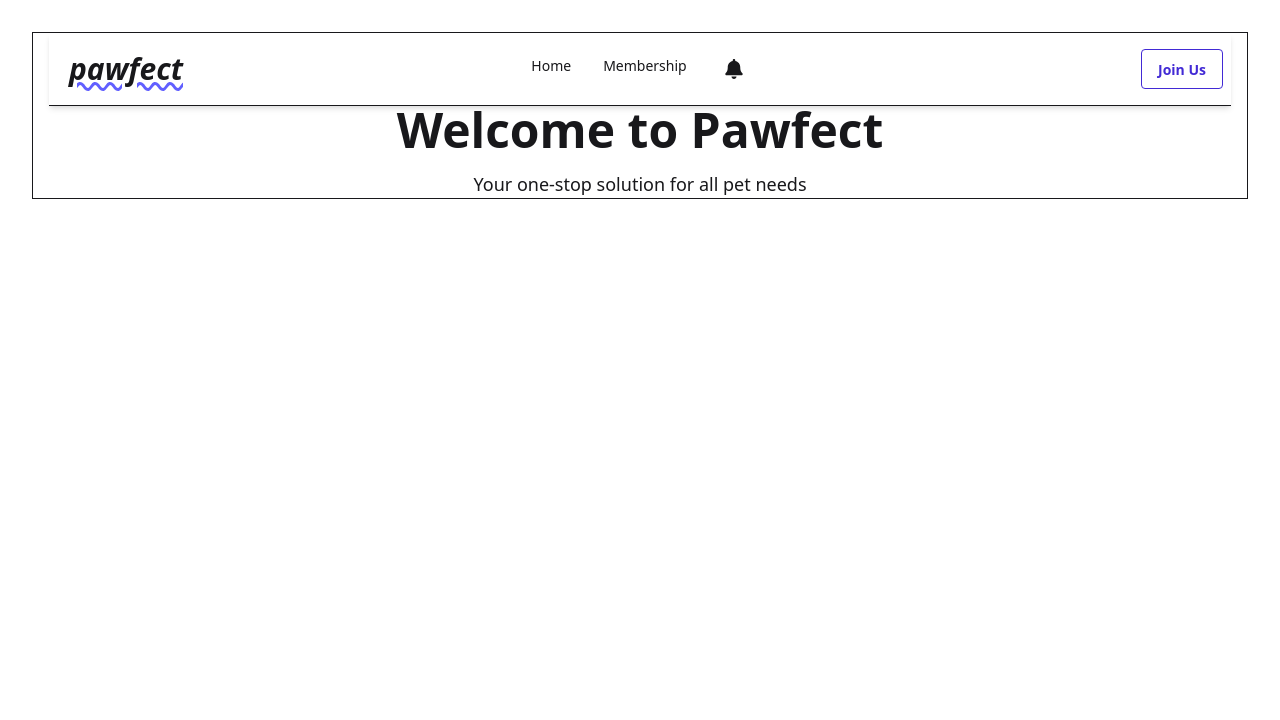
Repository: syedbayzid82849/DevForum_client_site
Page: /
These files come from the project's save history. The page is drawn as it stood at one moment and after a run of saves; the edit follows.
The browser window is 1280 px wide. The pictures show the whole page.
The project was rebuilt for these pictures with package versions that can differ from the ones it lists, and the page was loaded fresh each time. Also part of the build but not shown: vite.config.js, src/App.jsx, src/components/Navbar/JoinUsModal.jsx, src/pages/Authentication/Login.jsx, src/pages/Authentication/AuthLayout.jsx, src/pages/Authentication/Register.jsx.

Above is the page before, as saved 2025-07-08 22:41:24.

### src/main.jsx
import { StrictMode } from 'react'
import { createRoot } from 'react-dom/client'
import './index.css'
import App from './App.jsx'
import { RouterProvider } from 'react-router'
import router from './Routers/router.jsx'
import AuthProvider from './context/AuthProvider.jsx'

createRoot(document.getElementById('root')).render(
  <StrictMode>
    <AuthProvider>
      <RouterProvider router={router} />
    </AuthProvider>
  </StrictMode>,
)

### src/Routers/router.jsx
import React from 'react';
import { createBrowserRouter } from 'react-router';
import MainLayout from '../layouts/MainLayout/MainLayout';
import Login from '../pages/Authentication/Login';
import Home from '../pages/Home/Home';
import AuthLayout from '../pages/Authentication/AuthLayout';
import Register from '../pages/Authentication/Register';

const router = createBrowserRouter([
    {
        path: "/",
        element: <MainLayout></MainLayout>,
        children: [
            {
                index: true,
                element: <Home />,
            },
        ],
    },
    {
        path: "/",
        element: <AuthLayout />,
        children: [
            {
                path: "/login",
                element: <Login />,
            },
            {
                path: "/register",
                element: <Register />,
            },
        ],
    },
]);

export default router;

### src/context/AuthProvider.jsx
import React, { useEffect, useState } from 'react';
import { createUserWithEmailAndPassword, GithubAuthProvider, GoogleAuthProvider, onAuthStateChanged, signInWithEmailAndPassword, signInWithPopup, signOut, updateProfile } from "firebase/auth";
import { AuthContext } from '../context/AuthContext';
import { auth } from '../firebase/firebase.init';


const AuthProvider = ({ children }) => {
    const provider = new GoogleAuthProvider();
    // loading
    const [loading, setLoading] = useState(true);
    // user chack
    const [user, setUser] = useState(null);
    console.log(user);

    // create user with name, email, password, photoURL
    const createUserWithEP = (email, password) => {
        setLoading(true);
        return createUserWithEmailAndPassword(auth, email, password)
    }

    // log in user with email and password
    const loginUserWithEP = (email, password) => {
        setLoading(true);
        return signInWithEmailAndPassword(auth, email, password)
    }

    // sign in with google
    const userWithGoogle = () => {
        setLoading(true);
        return signInWithPopup(auth, provider)
    }


    // update user profile (new function)
    const updateUserProfile = (name, photo) => {
        setLoading(true);
        return updateProfile(auth.currentUser, {
            displayName: name,
            photoURL: photo
        });
    }

    // sign out user
    const signOutUser = () => {
        setLoading(true);
        return signOut(auth);
    }

    // // get all courses from the server
    // const getAllCourses = () => {
    //     setLoading(true);
    //     return axios.get('https://academix-hub-server.vercel.app/all-course')
    //         .then(response => {
    //             setLoading(false);
    //             return response.data;
    //         })
    //         .catch(error => {
    //             console.error("Error fetching courses:", error);
    //             throw error;
    //         });
    // }

    // user check
    useEffect(() => {
        const unsubscribe = onAuthStateChanged(auth, (currentUser) => {
            setUser(currentUser);
            setLoading(false);
        });
        return () => unsubscribe();
    }, []);



    const authInformation = {
        user,
        setUser,
        loading,
        setLoading,
        createUserWithEP,
        loginUserWithEP,
        userWithGoogle,
        updateUserProfile,
        signOutUser,
    };
    return (
        <AuthContext.Provider value={authInformation}>
            {children}
        </AuthContext.Provider>
    );
};

export default AuthProvider;

### src/layouts/MainLayout/MainLayout.jsx
import React from 'react';
import Navbar from '../../components/Navbar/Navbar';
import { Outlet } from 'react-router';

const MainLayout = () => {
    return (
        <div className=" mx-auto flex flex-col px-4 border">
            <Navbar />

            <main className="flex-1">
                <Outlet />
            </main>

            {/* <Footer /> */}
        </div>
    );
};

export default MainLayout;

### src/pages/Home/Home.jsx
import React from 'react';
import HeroSection from './HeroSection';

const Home = () => {
    return (
        <div>
            <HeroSection />
        </div>
    );
};

export default Home;

### src/firebase/firebase.init.js
// Import the functions you need from the SDKs you need
import { initializeApp } from "firebase/app";
import { getAuth } from "firebase/auth";

// TODO: Add SDKs for Firebase products that you want to use
// https://firebase.google.com/docs/web/setup#available-libraries

// Your web app's Firebase configuration
const firebaseConfig = {
    apiKey: import.meta.env.VITE_apiKey, // Use VITE_ prefix for environment variables in Vite
    authDomain: import.meta.env.VITE_authDomain, // Use VITE_ prefix for environment variables in Vite
    projectId: import.meta.env.VITE_projectId, // Use VITE_ prefix for environment variables in Vite
    storageBucket: import.meta.env.VITE_storageBucket, // Use VITE_ prefix for environment variables in Vite
    messagingSenderId: import.meta.env.VITE_messagingSenderId, // Use VITE_ prefix for environment variables in Vite
    appId: import.meta.env.VITE_appId // Use VITE_ prefix for environment variables in Vite
};

// Initialize Firebase
const app = initializeApp(firebaseConfig);


// Initialize Firebase Authentication and get a reference to the service
export const auth = getAuth(app);

### src/components/Navbar/Navbar.jsx
import { Link, NavLink } from "react-router";
import { FaBell, FaBars } from "react-icons/fa";
import { FiLogOut } from "react-icons/fi";
import { MdDashboard } from "react-icons/md";
import JoinUsModal from "./JoinUsModal";
import React, { useContext } from "react";
import { AuthContext } from "../../context/AuthContext";

const Navbar = () => {
    const { user , logOut } = useContext(AuthContext);
    // logout system
    const handleLogOut = () => {
        console.log("Logout clicked");
        logOut();
    };
    const navItems = (
        <>
            <li>
                <NavLink to="/" className="font-medium">Home</NavLink>
            </li>
            <li>
                <NavLink to="/membership" className="font-medium">Membership</NavLink>
            </li>
            {user && (
                <>
                    <li>
                        <NavLink to="/dashboard" className="font-medium flex items-center gap-1">
                            <MdDashboard />
                            Dashboard
                        </NavLink>
                    </li>
                    <li>
                        <button onClick={() => handleLogOut()} className="font-medium flex items-center gap-1">
                            <FiLogOut />
                            Logout
                        </button>
                    </li>
                </>
            )}
            <li>
                <button className="btn btn-ghost text-xl">
                    <FaBell />
                </button>
            </li>
        </>
    );
    const [isModalOpen, setIsModalOpen] = React.useState(false);


    return (
        <>
            <div className="bg-base-100 w-full shadow-md  border-b">
                <div className="navbar max-w-7xl mx-auto ">

                    {/* Navbar Start */}
                    <div className="navbar-start flex items-center gap-2">
                        {/* Hamburger Menu (Mobile only) */}
                        <div className="dropdown">
                            <div tabIndex={0} className="btn btn-ghost pl-2 lg:hidden">
                                <FaBars className="text-xl" />
                            </div>
                            <ul
                                tabIndex={0}
                                className="menu menu-sm dropdown-content mt-3 z-[50] p-3 shadow bg-base-100 rounded-box w-52 space-y-1"
                            >
                                {navItems}
                            </ul>
                        </div>

                        {/* Logo - large screen only */}
                        <Link to="/" className="hidden lg:flex justify-center items-center ml-1">
                            <span className="text-3xl font-semibold italic underline decoration-wavy decoration-indigo-500">
                                pawfect
                            </span>
                        </Link>
                    </div>

                    {/* Logo - small screen only */}
                    <div className="navbar-center lg:hidden">
                        <Link to="/" className="ml-2">
                            <span className="text-3xl font-semibold italic underline decoration-wavy decoration-indigo-500">
                                pawfect
                            </span>
                        </Link>
                    </div>

                    {/* Large screen nav menu */}
                    <div className="navbar-center hidden lg:flex">
                        <ul className="menu menu-horizontal px-1 space-x-2">{navItems}</ul>
                    </div>

                    {/* Navbar End - Profile Dropdown */}
                    <div className="navbar-end">
                        {user ? (
                            // Logged-in view: show profile dropdown
                            <div className="dropdown dropdown-end">
                                <div tabIndex={0} className="btn btn-circle avatar online">
                                    <img
                                        src={user.photoURL || "/src/assets/user-default.jpg"}
                                        alt="Profile"
                                        className="rounded-full w-10 h-10"
                                    />
                                </div>
                                <ul
                                    tabIndex={0}
                                    className="mt-3 z-[50] p-2 shadow menu menu-sm dropdown-content bg-base-100 rounded-box w-52"
                                >
                                    <li>
                                        <p className="text-sm text-center font-semibold">
                                            {user.displayName}
                                        </p>
                                    </li>
                                    <li>
                                        <Link to="/dashboard">
                                            <MdDashboard />
                                            Dashboard
                                        </Link>
                                    </li>
                                    <li>
                                        <button onClick={() => handleLogOut()} className="flex items-center gap-1">
                                            <FiLogOut />
                                            Logout
                                        </button>
                                    </li>
                                </ul>
                            </div>
                        ) : (
                            // Not logged in: show Join Us button
                            <button
                                onClick={() => setIsModalOpen(true)}
                                className="btn btn-outline btn-primary ">
                                Join Us
                            </button>
                        )}
                    </div>
                </div>
            </div>
            {/* Join Us Modal */}
            {isModalOpen && <JoinUsModal closeModal={() => setIsModalOpen(false)} />}
        </>
    );
};

export default Navbar;

### src/pages/Home/HeroSection.jsx
import React from 'react';

const HeroSection = () => {
    return (
        <div>
            <h1 className="text-5xl font-bold">Welcome to Pawfect</h1>
            <p className="mt-4 text-lg">Your one-stop solution for all pet needs</p>
        </div>
    );
};

export default HeroSection;

Loaded but not shown: index.html (common file); src/index.css (common file); src/App.css (common file); src/context/AuthContext.jsx (common file)

After the next 4 saves:
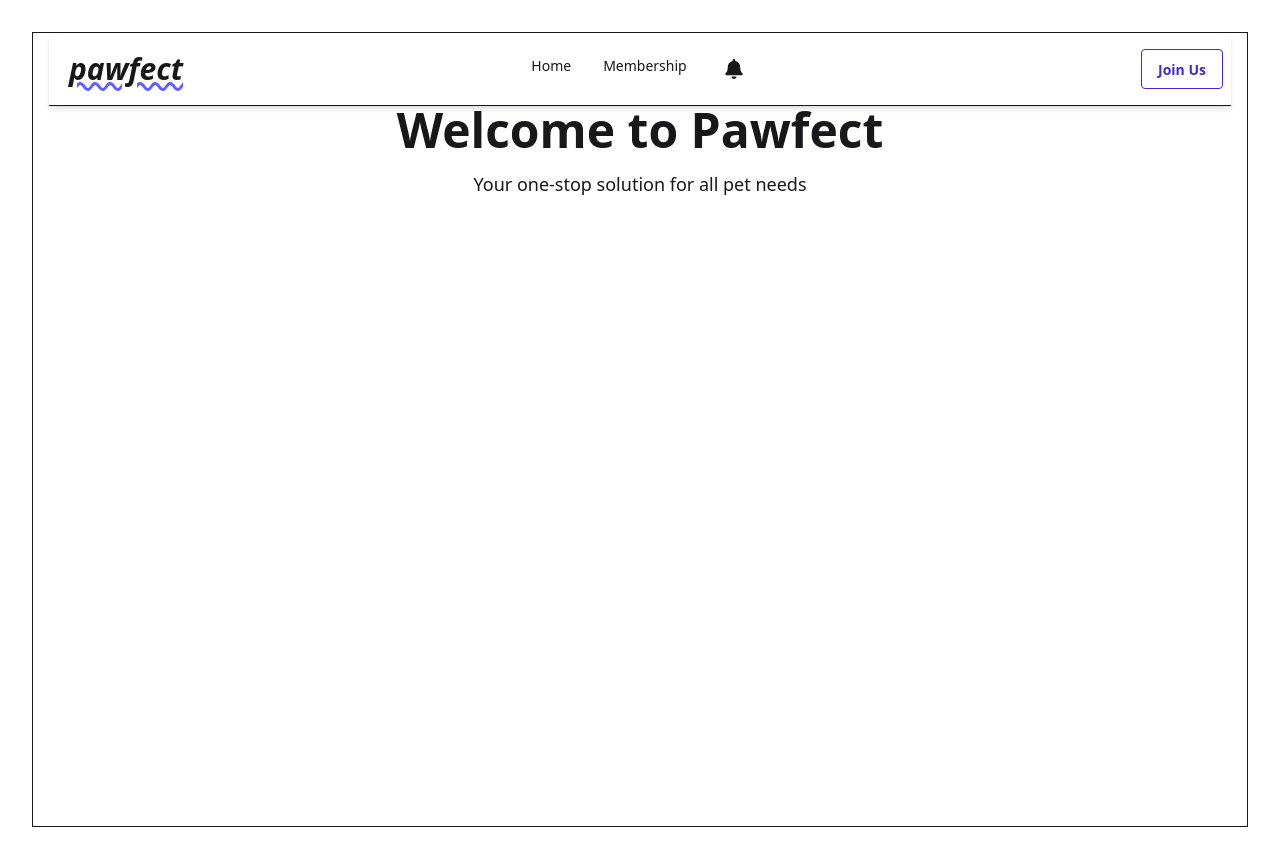
The 4 saves are shown as one change because they came seconds apart.
The last was saved 19 s later.
--- a/src/pages/Home/Home.jsx
+++ b/src/pages/Home/Home.jsx
@@ -3,7 +3,7 @@ import HeroSection from './HeroSection';
 
 const Home = () => {
     return (
-        <div>
+        <div className='min-h-screen max-w-7xl'>
             <HeroSection />
         </div>
     );
